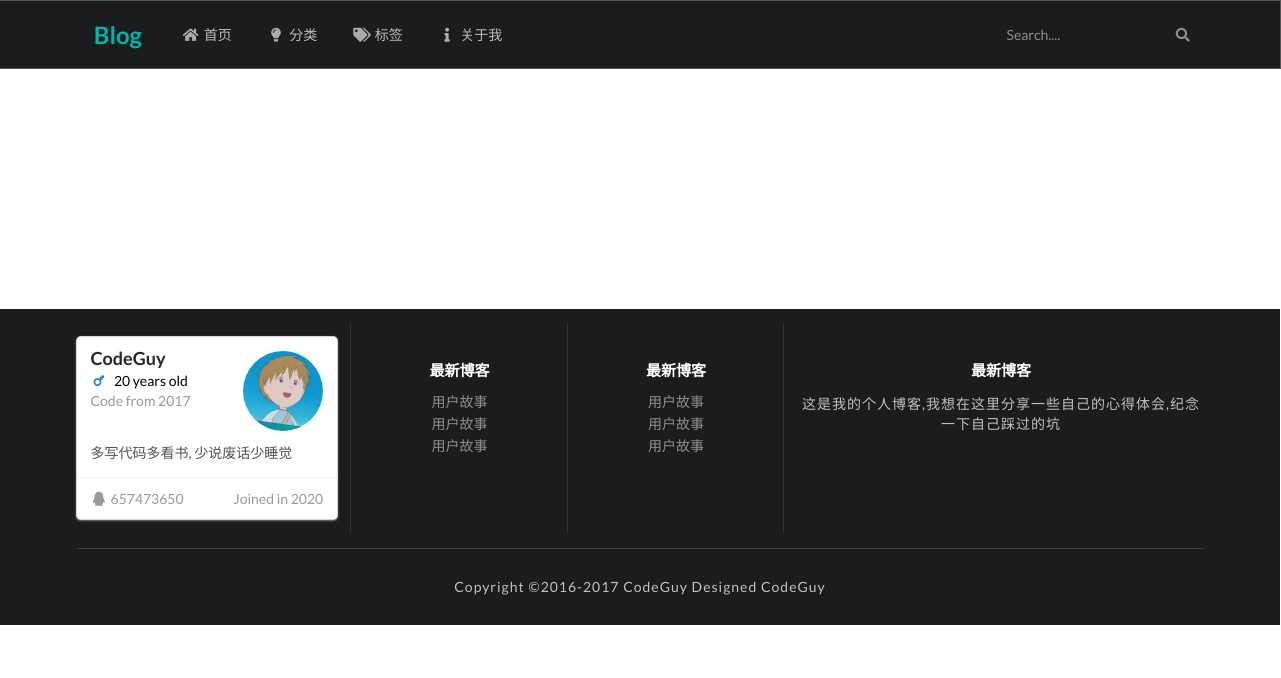
Repository: GOGOHQ/myblog
Page: index.html
The author's editor kept a copy of each file at every save. The page is drawn from the files as they stood at one save, then again after the next save.
The browser window is 1280 px wide. The page is 1281 px wide, so the pictures cover 1281 px, including what lies to the right of the window. The pictures show the whole page.
Some web libraries are served in a nearby version.

Above is the page before, as saved 2020-01-16 16:08:32.

After the next save:
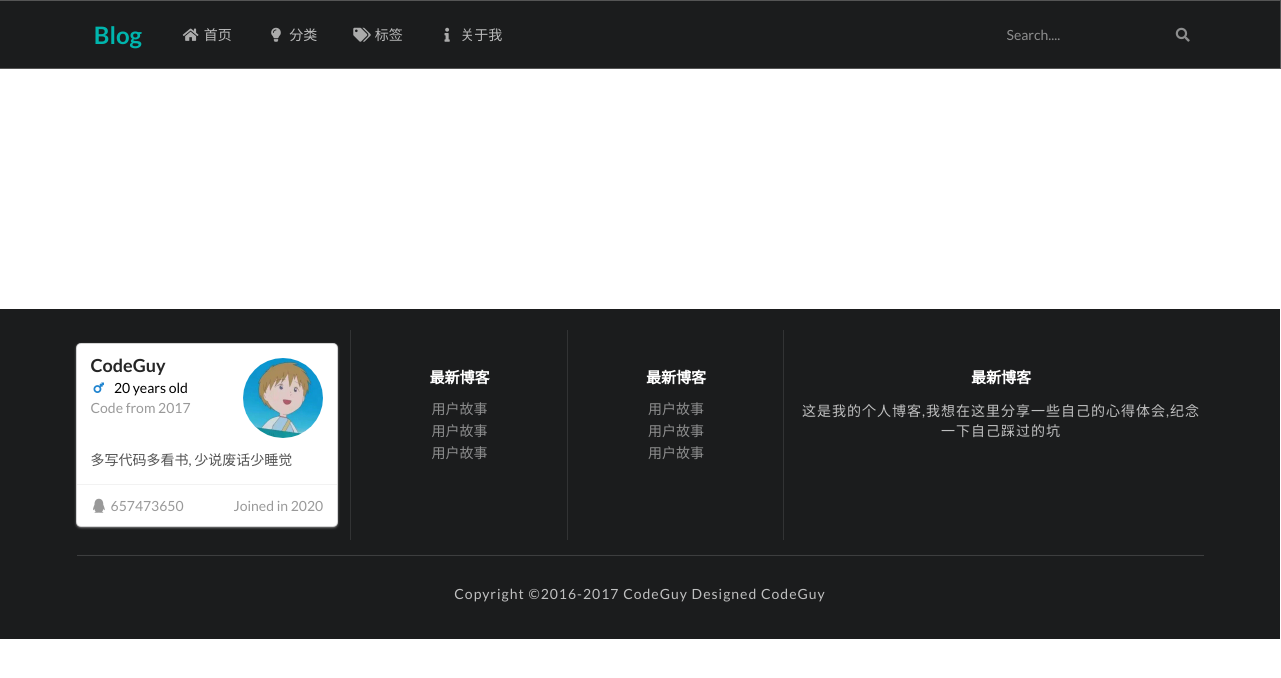
Saved 40 s later.
--- a/static/css/me.css
+++ b/static/css/me.css
@@ -8,8 +8,8 @@
 }
 
 .m-padded-tb-massive {
-    padding-top: 2.0em !important;
-    padding-bottom: 2.0em !important;
+    padding-top: 2.5em !important;
+    padding-bottom: 2.5em !important;
 }
 
 
